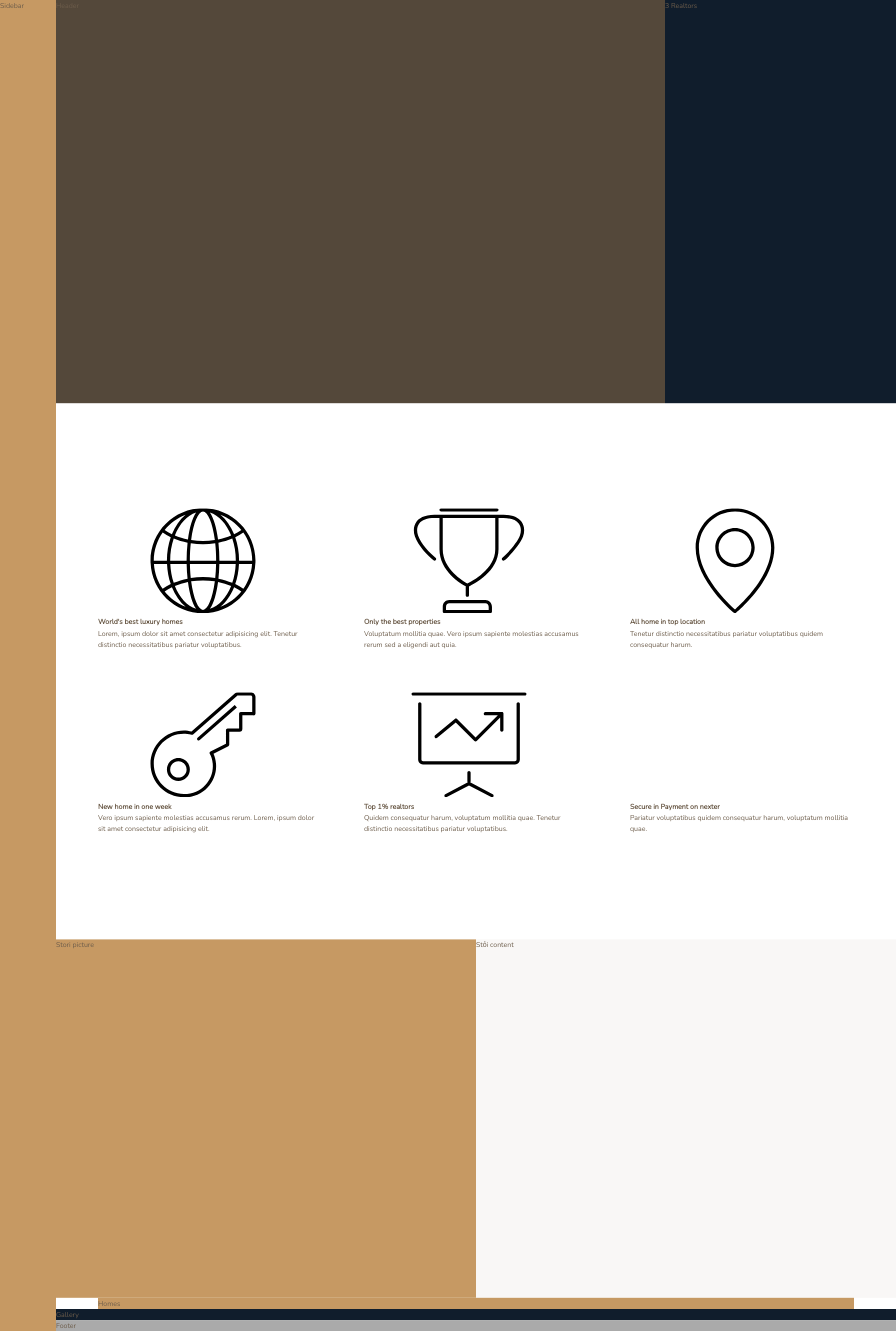
Repository: m2pd/your-home
Page: index.html
The author's editor kept a copy of each file at every save. The page is drawn from the files as they stood at one save, then again after the next save.
The browser window is 1280 px wide. The pictures show the whole page, at 70% of full size.
The style sheet was rebuilt from its Sass, Less or Tailwind sources for each picture, by a compiler version that may differ from the author's.

Above is the page before, as saved 2020-02-27 09:23:25.

### index.html
<!DOCTYPE html>
<html lang="en">
    <head>
        <meta charset="UTF-8">
        <meta name="viewport" content="width=device-width, initial-scale=1.0">
        <meta http-equiv="X-UA-Compatible" content="ie=edge">

        <link href="https://fonts.googleapis.com/css?family=Josefin+Sans:300,400,400i|Nunito:300,300i" rel="stylesheet">
        <link rel="stylesheet" href="css/style.css">
        <link rel="shortcut icon" type="image/png" href="img/favicon.png">

        <title>nexter &mdash; your home, your freedom</title>
    </head>
    <body class="container">

        <div class="sidebar">
            Sidebar
        </div>

        <header class="header">
            Header
        </header>

        <div class="realtors">
            3 Realtors
        </div>

        <div class="features">
            <div class="feature feature-1">
                <svg class="feature__icon">
                    <use xlink:href="img/sprite.svg#icon-global"></use>
                </svg>
                <h4 class="heading-4">World's best luxury homes</h4>
                <p class="feature__text">
                    Lorem, ipsum dolor sit amet consectetur adipisicing elit. Tenetur distinctio necessitatibus pariatur voluptatibus.
                </p>
            </div>

            <div class="feature feature-2">
                <svg class="feature__icon">
                    <use xlink:href="img/sprite.svg#icon-trophy"></use>
                </svg>
                <h4 class="heading-4">Only the best properties</h4>
                <p class="feature__text">
                    Voluptatum mollitia quae. Vero ipsum sapiente molestias accusamus rerum sed a eligendi aut quia.
                </p>
            </div>

            <div class="feature feature-3">
                <svg class="feature__icon">
                    <use xlink:href="img/sprite.svg#icon-map-pin"></use>
                </svg>
                <h4 class="heading-4">All home in top location</h4>
                <p class="feature__text">
                    Tenetur distinctio necessitatibus pariatur voluptatibus quidem consequatur harum.
                </p>
            </div>

            <div class="feature feature-4">
                <svg class="feature__icon">
                    <use xlink:href="img/sprite.svg#icon-key"></use>
                </svg>
                <h4 class="heading-4">New home in one week</h4>
                <p class="feature__text">
                    Vero ipsum sapiente molestias accusamus rerum. Lorem, ipsum dolor sit amet consectetur adipisicing elit.
                </p>
            </div>

            <div class="feature feature-5">
                <svg class="feature__icon">
                    <use xlink:href="img/sprite.svg#icon-presentation"></use>
                </svg>
                <h4 class="heading-4">Top 1% realtors</h4>
                <p class="feature__text">
                    Quidem consequatur harum, voluptatum mollitia quae. Tenetur distinctio necessitatibus pariatur voluptatibus.
                </p>
            </div>

            <div class="feature feature-6">
                <svg class="feature__icon">
                    <use xlink:href="img/sprite.svg#icon-block"></use>
                </svg>
                <h4 class="heading-4">Secure in Payment on nexter</h4>
                <p class="feature__text">
                    Pariatur voluptatibus quidem consequatur harum, voluptatum mollitia quae.
                </p>
            </div>
        </div>

        <div class="story__pictures">
            Stori picture
        </div>

        <div class="story__content">
            Stỏi content
        </div>

        <section class="homes">
            Homes
        </section>

        <section class="gallery">
            Gallery
        </section>

        <footer class="footer">
            Footer
        </footer>

    </body>
</html>

### sass/_base.scss
// COLOR VARIABLES
$color-primary: #c69963;
$color-primary-dark: #B28451;

$color-secondary: #101d2c;

$color-grey-light-1: #f9f7f6;
$color-grey-light-2: #aaa;

$color-grey-dark-1: #54483A;
$color-grey-dark-2: #6D5D4B;

// FONT VARIABLES
$font-primary: 'Nunito', sans-serif;
$font-display: 'Josefin Sans', sans-serif;


*,
*::before,
*::after{
    margin:0;
    padding:0;
    box-sizing: inherit;
}

html{
    font-size:62.5%;
    box-sizing: border-box;
}

body{
    font-family: $font-primary;
    color: $color-grey-dark-2;
    font-weight: 300;
    line-height: 1.6;
}

.container{
    display: grid;
    grid-template-rows: 80vh min-content 40vw repeat(3, min-content);
    grid-template-columns:[sidebar-start] 8rem [sidebar-end full-start] minmax(6rem, 1fr) [center-start] repeat(8, [col-start] minmax(min-content, 14rem) [col-end]) [center-end] minmax(6rem, 1fr) [full-end];

}

### sass/_features.scss
.features{
    grid-column: center-start /  center-end;

    margin: 15rem 0;
    display: grid;
    grid-template-columns: repeat(3, 1fr);
    grid-gap: 6rem;
}

### sass/_story.scss
.story{
    &__pictures{
        background-color: $color-primary;
        grid-column: full-start / col-end 4;
    }

    &__content{
        background-color: $color-grey-light-1;
        grid-column: col-start 5 / full-end;
    }
}

### sass/_homes.scss
.homes{
    background-color: $color-primary;
    grid-column: center-start / center-end;
}

### sass/_gallery.scss
.gallery{
    background-color: $color-secondary;
    grid-column: full-start / full-end;
}

### sass/_footer.scss
.footer{
    background-color: $color-grey-light-2;
    grid-column: full-start / full-end;
}

Loaded but not shown: sass/main.scss (common file); sass/_sidebar.scss (common file); sass/_header.scss (common file); sass/_realtors.scss (common file); sass/_typography.scss (no stored copy; drawn as an empty file)

After the next save:
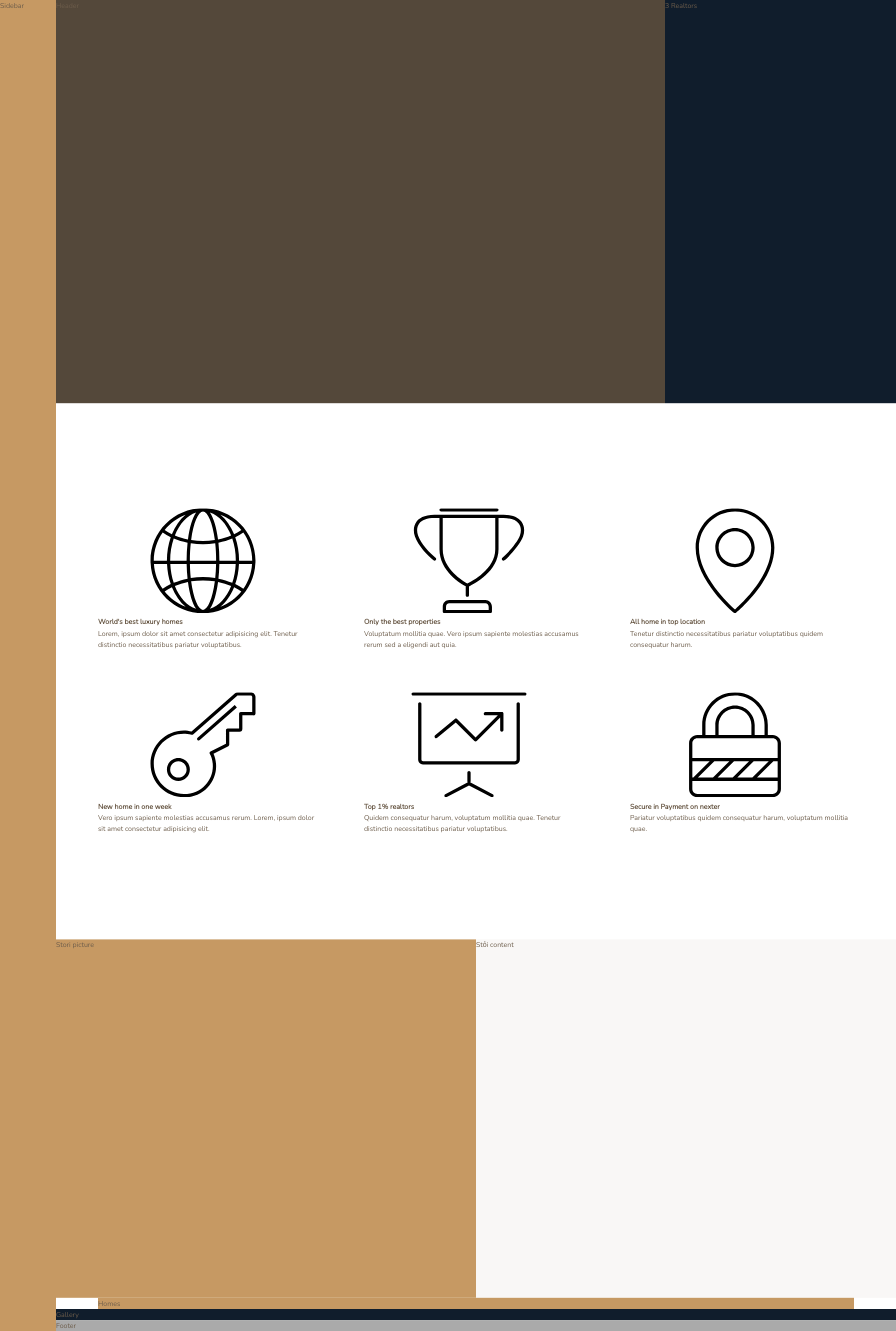
Saved 12 s later.
--- a/index.html
+++ b/index.html
@@ -78,7 +78,7 @@
 
             <div class="feature feature-6">
                 <svg class="feature__icon">
-                    <use xlink:href="img/sprite.svg#icon-block"></use>
+                    <use xlink:href="img/sprite.svg#icon-lock"></use>
                 </svg>
                 <h4 class="heading-4">Secure in Payment on nexter</h4>
                 <p class="feature__text">
